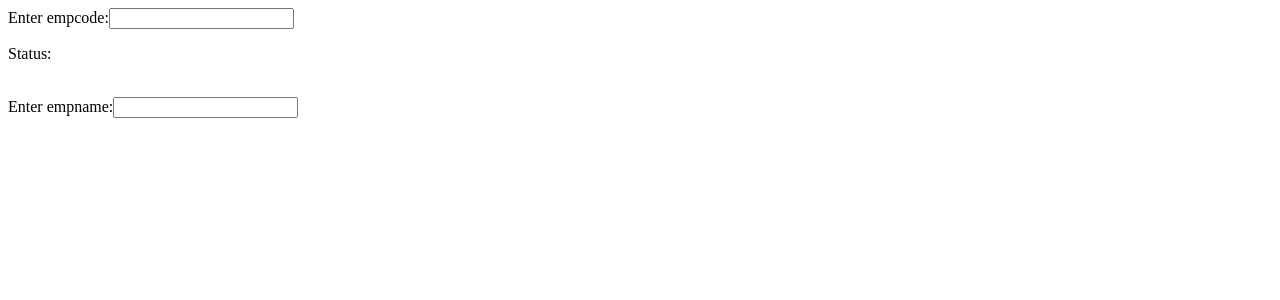
Repository: shiva94/MyProjects
Page: http://localhost/VerizonAjax/AddEmployee.jsp
An editor plug-in stored every save of this project. The page is shown before and after the next save, followed by the edit.
The browser window is 1280 px wide. The pictures show the whole page.
The page is served by Tomcat 9.

Above is the page before, as saved 2015-08-17 10:12:59.

After the next save:
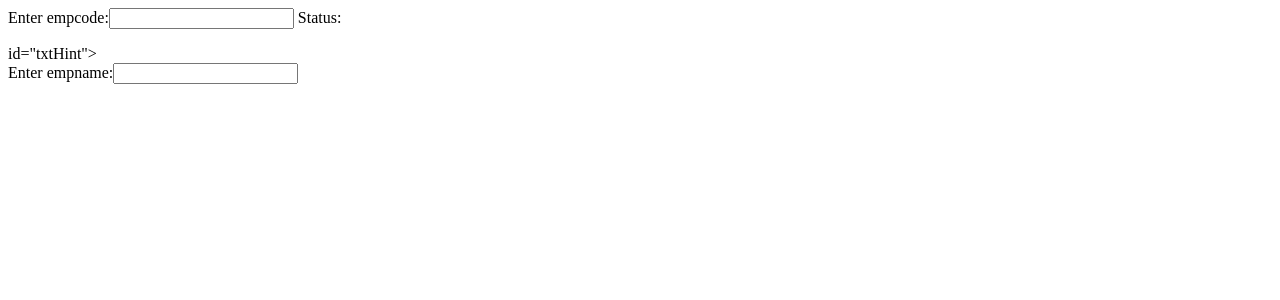
Saved 21 min 7 s later.
--- a/VerizonAjax/WebContent/AddEmployee.jsp
+++ b/VerizonAjax/WebContent/AddEmployee.jsp
@@ -35,7 +35,7 @@
 </head>
 <body>
 <form action="">
-Enter empcode:<input type="text" name="empcode" onblur="verify(this.value)"><p>Status: <span id="txtHint"></span> </p><br>
+Enter empcode:<input type="text" name="empcode" onblur="verify(this.value)"> <span <p>Status: </p> id="txtHint"></span> <br>
 Enter empname:<input type="text" name="ename">
 </form>
 </body>

After the save that followed:
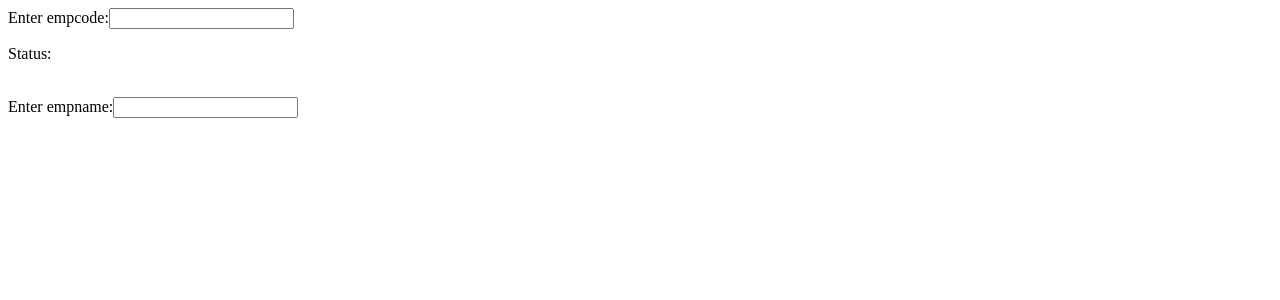
Saved 108 s later.
--- a/VerizonAjax/WebContent/AddEmployee.jsp
+++ b/VerizonAjax/WebContent/AddEmployee.jsp
@@ -35,7 +35,7 @@
 </head>
 <body>
 <form action="">
-Enter empcode:<input type="text" name="empcode" onblur="verify(this.value)"> <span <p>Status: </p> id="txtHint"></span> <br>
+Enter empcode:<input type="text" name="empcode" onblur="verify(this.value)"><p>Status: </p> <span  id="txtHint"></span> <br>
 Enter empname:<input type="text" name="ename">
 </form>
 </body>
